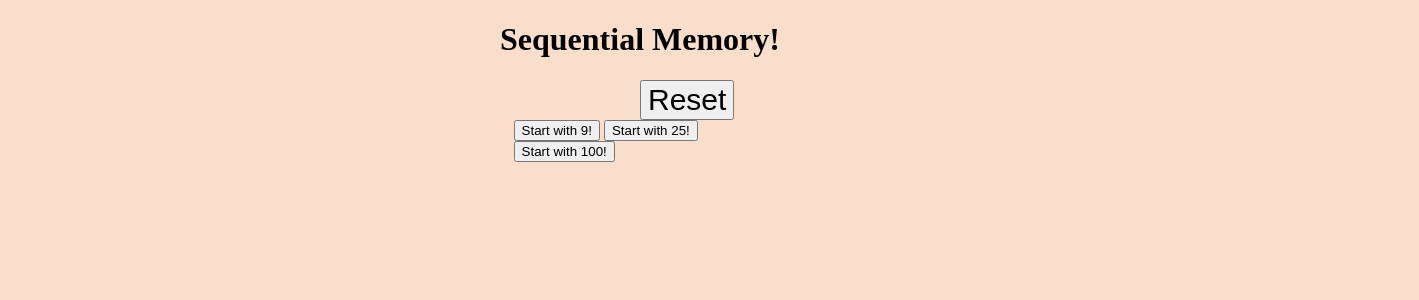
Repository: HyveMynd/htdocs
Page: PS1/MemoryNumbers.html
The author's editor kept a copy of each file at every save. The page is drawn from the files as they stood at one save, then again after the next save.
The browser window is 1280 px wide. The page is 1366 px wide, then 1419 px, then 1366 px, so the pictures cover 1419 px, including what lies to the right of the window. The pictures show the whole page.
Some web libraries are served in a nearby version.

Above is the page before, as saved 2013-01-22 04:29:07.

### PS1/MemoryNumbers.html
<!DOCTYPE html PUBLIC "-//W3C//DTD HTML 4.01 Transitional//EN" "http://www.w3.org/TR/html4/loose.dtd">
<html>
<head>
<meta http-equiv="Content-Type" content="text/html; charset=UTF-8">
<link rel="stylesheet" href="MemoryStyle.css" type="text/css" />
<script type="text/javascript" src="https://ajax.googleapis.com/ajax/libs/jquery/1.7.1/jquery.min.js"></script>
<script src="memory.js" type="text/javascript" ></script>
<title>Number Memory</title>
</head>
<body>
<h1>Sequential Memory!</h1>
<input id=reset type=button onclick=window.location.reload() value=Reset visible=hidden />
<div class=gameboard ></div>
<div class=select>
	<button id=num3 onclick="displayBoard(3)">Start with 9!</button>
	<button id=num5 onclick="displayBoard(5)">Start with 25!</button>
	<button id=num10 onclick="displayBoard(10)">Start with 100!</button>
</div>
</body>
</html>

### PS1/MemoryStyle.css
@CHARSET "UTF-8";
body { background-color:#f9dfcb; }
h1 { text-align:center; color:black }
table {
	text-align:center;
	color:black;
	border: 5px solid black;
	border-collapse:collapse;
	margin:auto;
	font-size:50px;
}
tr { border: 5px solid black; height: 100px; width: 100px; }
td { border: 5px solid black; height: 100px; width: 100px; }
p {text-align:center; font-size:30px}
.gameboard input {
	height:90px;
	width:90px;
	background-color:#faaaab;
	font-size:30px;
	color:#faaaab;
}
.select {
	margin-left:40%;
	margin-right:40%;
}
#reset {
	font-size:30px;
	margin-left:50%;
	margin-right:50%;
}

### PS1/memory.js
var current = 0;
var numbers = new Array();
var rowsColumns;

function displayNumber(button){
	//show number in black
	$(button).css({color:"#000000"});
	var selected = $(button).val();
	//if the number is sequential, do not fade
	if (selected == current+1){
		current++;
	}
	//else reset the numbers to be invisible
	else{
		window.setTimeout(function () {showbutton();}, 500);
		current=0;
	}
	//check for game completion
	if(current == rowsColumns*rowsColumns){
		gameComplete();
	}
}

function showbutton(){
	//reset all the numbers back to blank
	$(".gameboard input").css({color:"#faaaab"});
}

function mouseDown(e){
	displayNumber();
}

function displayBoard(num){
	rowsColumns = num;
	for (var i = 0; i < num*num; i++){
		numbers[i] = i+1;
	}

	//add the buttons to the gameboard
	var board = "<table>";
	for (var r = 0; r < num; r++){
		var row = "<tr>";
		for (var c = 0; c < num; c++){
			var key = Math.floor(Math.random() * numbers.length-1);
			var number = numbers.splice(key, 1);
			//randomly select array numbers
			row += "<td><input type=button value="+number+" /></td>";
		}
		row += "</tr>";
		board += row;
	}
	board += "</table>";
	$(".gameboard").append(board);
	$("#twentyfive").hide();

	//tie gameboard buttons
	$(".gameboard input").click(function () { play(this); });
}

function play(button){
	//get the row and column of the button
	var td = $(button).parent();
	var col = td.parent().children().index(td);
	var row = td.parent().parent().children().index(td.parent());

	//toggle the number to display
	toggle(row, col);
}

function toggle (r,c){
	var button = $(".gameboard input").get(r*rowsColumns+c);
	displayNumber(button);
}

function gameComplete(){
	window.alert("Congratulations! You have won!");
}

After the next save:
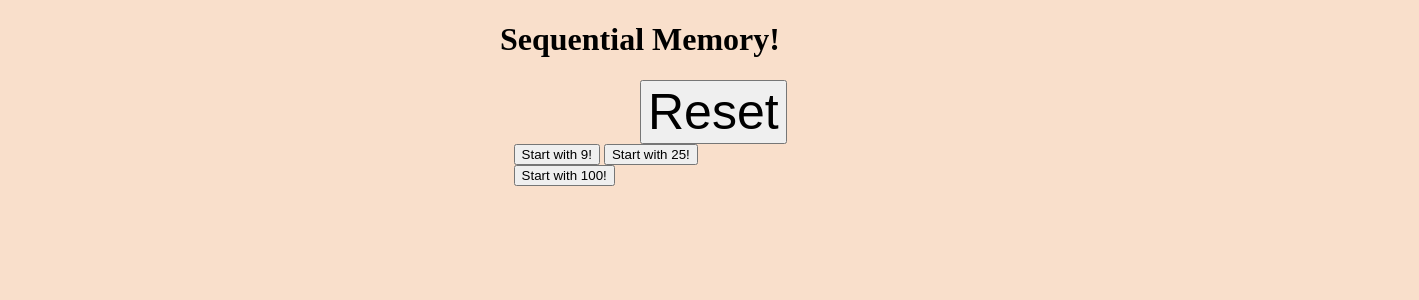
Saved 6 s later.
--- a/PS1/MemoryStyle.css
+++ b/PS1/MemoryStyle.css
@@ -24,7 +24,7 @@
 	margin-right:40%;
 }
 #reset {
-	font-size:30px;
+	font-size:50px;
 	margin-left:50%;
 	margin-right:50%;
 }

After the save that followed:
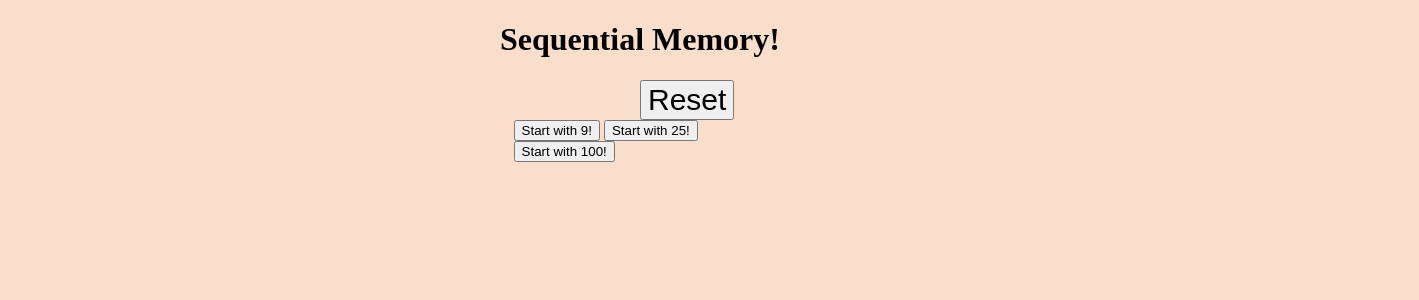
Saved 8 s later.
--- a/PS1/MemoryStyle.css
+++ b/PS1/MemoryStyle.css
@@ -24,7 +24,7 @@
 	margin-right:40%;
 }
 #reset {
-	font-size:50px;
+	font-size:30px;
 	margin-left:50%;
 	margin-right:50%;
 }
